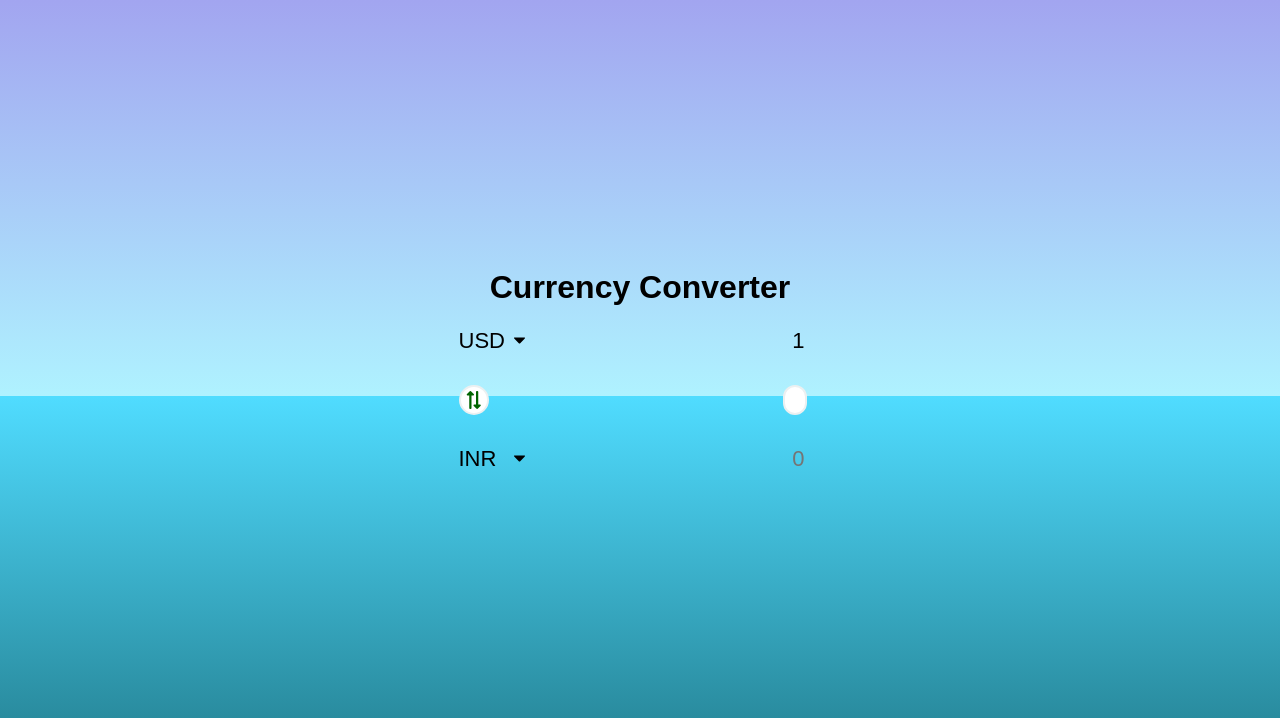
Repository: Sp4ngl3r/Currency-Converter
Page: currency.html
The author's editor kept a copy of each file at every save. The page is drawn from the files as they stood at one save, then again after the next save.
The browser window is 1280 px wide. The pictures show the whole page.
The page's requests for data from a server got no answer. Some web fonts or font styles are not loaded; a fallback is used. Some web libraries are served in a nearby version.

Above is the page before, as saved 2020-04-19 09:14:00.

### currency.html
<html lang="en">
  <head>
    <meta charset="UTF-8" />
    <title>Currency Converter</title>
    <link
      rel="stylesheet"
      href="https://cdnjs.cloudflare.com/ajax/libs/font-awesome/5.10.2/css/all.min.css"
    />
    <link rel="stylesheet" href="currency.css" />
  </head>
  <body>
    <div>
      <h1>Currency Converter</h1>
    </div>
    <div class="container">
      <div class="currency">
        <select id="from_currency">
          <option value="AED">AED</option>
          <option value="ARS">ARS</option>
          <option value="AUD">AUD</option>
          <option value="BGN">BGN</option>
          <option value="BRL">BRL</option>
          <option value="BSD">BSD</option>
          <option value="CAD">CAD</option>
          <option value="CHF">CHF</option>
          <option value="CLP">CLP</option>
          <option value="CNY">CNY</option>
          <option value="COP">COP</option>
          <option value="CZK">CZK</option>
          <option value="DKK">DKK</option>
          <option value="DOP">DOP</option>
          <option value="EGP">EGP</option>
          <option value="EUR">EUR</option>
          <option value="FJD">FJD</option>
          <option value="GBP">GBP</option>
          <option value="GTQ">GTQ</option>
          <option value="HKD">HKD</option>
          <option value="HRK">HRK</option>
          <option value="HUF">HUF</option>
          <option value="IDR">IDR</option>
          <option value="ILS">ILS</option>
          <option value="INR">INR</option>
          <option value="ISK">ISK</option>
          <option value="JPY">JPY</option>
          <option value="KRW">KRW</option>
          <option value="KZT">KZT</option>
          <option value="MXN">MXN</option>
          <option value="MYR">MYR</option>
          <option value="NOK">NOK</option>
          <option value="NZD">NZD</option>
          <option value="PAB">PAB</option>
          <option value="PEN">PEN</option>
          <option value="PHP">PHP</option>
          <option value="PKR">PKR</option>
          <option value="PLN">PLN</option>
          <option value="PYG">PYG</option>
          <option value="RON">RON</option>
          <option value="RUB">RUB</option>
          <option value="SAR">SAR</option>
          <option value="SEK">SEK</option>
          <option value="SGD">SGD</option>
          <option value="THB">THB</option>
          <option value="TRY">TRY</option>
          <option value="TWD">TWD</option>
          <option value="UAH">UAH</option>
          <option value="USD" selected>USD</option>
          <option value="UYU">UYU</option>
          <option value="VND">VND</option>
          <option value="ZAR">ZAR</option>
        </select>
        <input type="number" id="from_amount" placeholder="0" value="1" />
      </div>
      <div class="middle">
        <button id="exchange">
          <i class="fas fa-exchange-alt"></i>
        </button>
        <div class="rate" id="rate"></div>
      </div>
      <div class="currency">
        <select id="to_currency"
          ><option value="AED">AED</option>
          <option value="ARS">ARS</option>
          <option value="AUD">AUD</option>
          <option value="BGN">BGN</option>
          <option value="BRL">BRL</option>
          <option value="BSD">BSD</option>
          <option value="CAD">CAD</option>
          <option value="CHF">CHF</option>
          <option value="CLP">CLP</option>
          <option value="CNY">CNY</option>
          <option value="COP">COP</option>
          <option value="CZK">CZK</option>
          <option value="DKK">DKK</option>
          <option value="DOP">DOP</option>
          <option value="EGP">EGP</option>
          <option value="EUR">EUR</option>
          <option value="FJD">FJD</option>
          <option value="GBP">GBP</option>
          <option value="GTQ">GTQ</option>
          <option value="HKD">HKD</option>
          <option value="HRK">HRK</option>
          <option value="HUF">HUF</option>
          <option value="IDR">IDR</option>
          <option value="ILS">ILS</option>
          <option value="INR" selected>INR</option>
          <option value="ISK">ISK</option>
          <option value="JPY">JPY</option>
          <option value="KRW">KRW</option>
          <option value="KZT">KZT</option>
          <option value="MXN">MXN</option>
          <option value="MYR">MYR</option>
          <option value="NOK">NOK</option>
          <option value="NZD">NZD</option>
          <option value="PAB">PAB</option>
          <option value="PEN">PEN</option>
          <option value="PHP">PHP</option>
          <option value="PKR">PKR</option>
          <option value="PLN">PLN</option>
          <option value="PYG">PYG</option>
          <option value="RON">RON</option>
          <option value="RUB">RUB</option>
          <option value="SAR">SAR</option>
          <option value="SEK">SEK</option>
          <option value="SGD">SGD</option>
          <option value="THB">THB</option>
          <option value="TRY">TRY</option>
          <option value="TWD">TWD</option>
          <option value="UAH">UAH</option>
          <option value="USD">USD</option>
          <option value="UYU">UYU</option>
          <option value="VND">VND</option>
          <option value="ZAR">ZAR</option>
        </select>
        <input type="number" id="to_amount" placeholder="0" />
      </div>
    </div>
    <script src="currency.js"></script>
  </body>
</html>

### currency.css
@import url("https://fonts.googleapis.com/css?family=Muli&display=swap");
* {
  box-sizing: border-box;
}
body {
  background: linear-gradient(
    to bottom,
    #a2a5f0 0%,
    #aff2ff 55%,
    #50dcff 55%,
    #298b9e 100%
  );
  font-family: "Muli", fantasy;
  display: flex;
  flex-direction: column;
  justify-content: center;
  align-items: center;
  height: 100vh;
  margin: 0;
}
.currency {
  display: flex;
  align-items: center;
  justify-content: space-between;
}
.currency select {
  background: transparent;
  background-image: url("data:[embedded picture, 475 characters]");
  background-repeat: no-repeat, repeat;
  background-position: right 0.2em top 50%, 0 0;
  background-size: 0.5em auto, 100%;
  border: 0;
  padding-right: 20px;
  font-size: 22px;
  -moz-appearance: none;
  -webkit-appearance: none;
  appearance: none;
}
.currency input {
  border: 0;
  background: transparent;
  font-size: 22px;
  text-align: right;
}
.middle {
  color: brown;
  display: flex;
  align-items: center;
  justify-content: space-between;
}
.middle button {
  background-color: #fff;
  border: 2px solid #ecf0f1;
  border-radius: 50%;
  cursor: pointer;
  color: darkgreen;
  font-size: 18px;
  display: flex;
  align-items: center;
  justify-content: center;
  height: 30px;
  width: 30px;
  transform: rotate(90deg);
}
.middle button:active {
  transform: rotate(90deg) scale(0.9);
}
.middle .rate {
  background-color: #fff;
  border: 2px solid #ecf0f1;
  border-radius: 50px;
  font-size: 18px;
  display: flex;
  align-items: center;
  justify-content: center;
  height: 30px;
  padding: 0 10px;
  margin: 30px 15px 30px 25px;
}
select:focus,
input:focus,
button:focus {
  outline: 0;
}
h1 {
  font-family: "Comic Sans MS", cursive, sans-serif;
}

### currency.js
const from_initial_currency = document.getElementById("from_currency");
const from_initial_amount = document.getElementById("from_amount");
const to_expected_currency = document.getElementById("to_currency");
const to_expected_amount = document.getElementById("to_amount");
const rateEl = document.getElementById("rate");
const exchange = document.getElementById("exchange");

from_initial_currency.addEventListener("change", calculate);
from_initial_amount.addEventListener("input", calculate);
to_expected_currency.addEventListener("change", calculate);
to_expected_amount.addEventListener("input", calculate);

exchange.addEventListener("click", () => {
  const temp = from_initial_currency.value;
  from_initial_currency.value = to_expected_currency.value;
  to_expected_currency.value = temp;
  calculate();
});

function calculate() {
  const from_currency = from_initial_currency.value;
  const to_currency = to_expected_currency.value;

  fetch(`https://api.exchangerate-api.com/v4/latest/${from_currency}`)
    .then((res) => res.json())
    .then((res) => {
      const rate = res.rates[to_currency];
      rateEl.innerText = `1 ${from_currency} = ${rate} ${to_currency}`;
      to_expected_amount.value = (from_initial_amount.value * rate).toFixed(2);
    });
}

calculate();

After the next save:
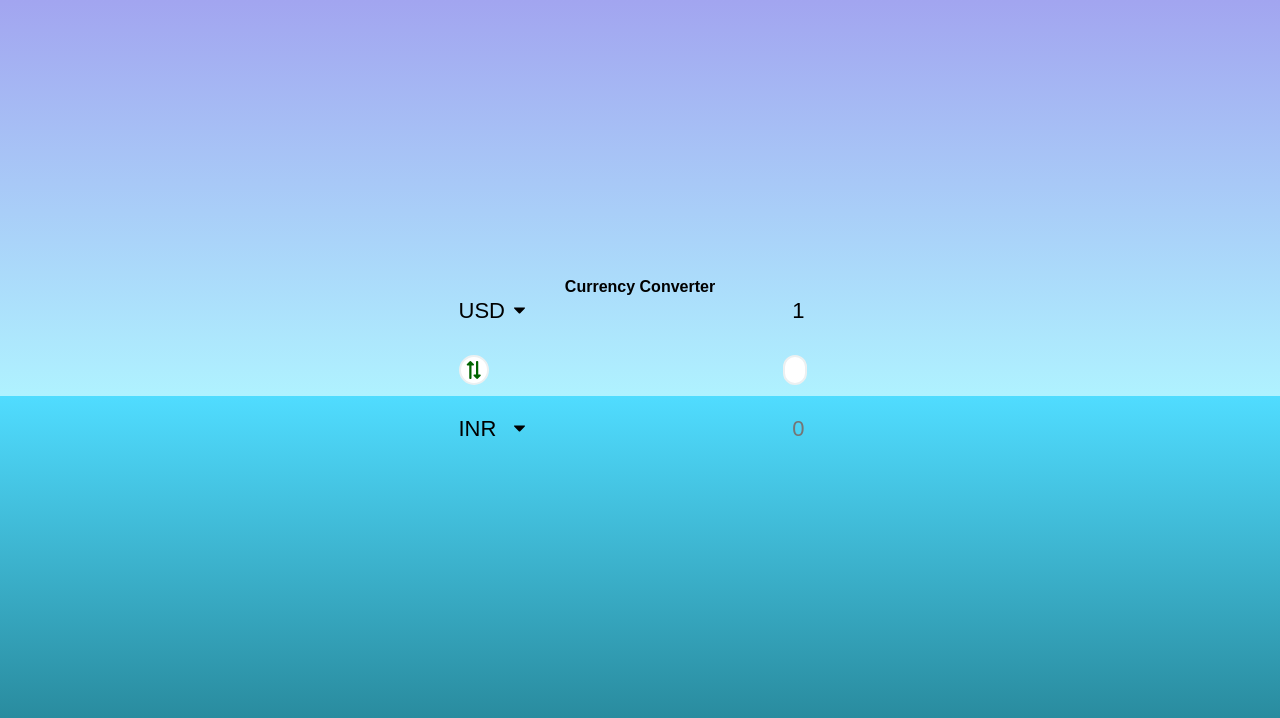
Saved 74 s later.
--- a/currency.css
+++ b/currency.css
@@ -84,4 +84,8 @@ button:focus {
 }
 h1 {
   font-family: "Comic Sans MS", cursive, sans-serif;
+  font-size: 16px;
+  font-weight: bold;
+  margin-top: 0px;
+  margin-bottom: 1px;
 }
